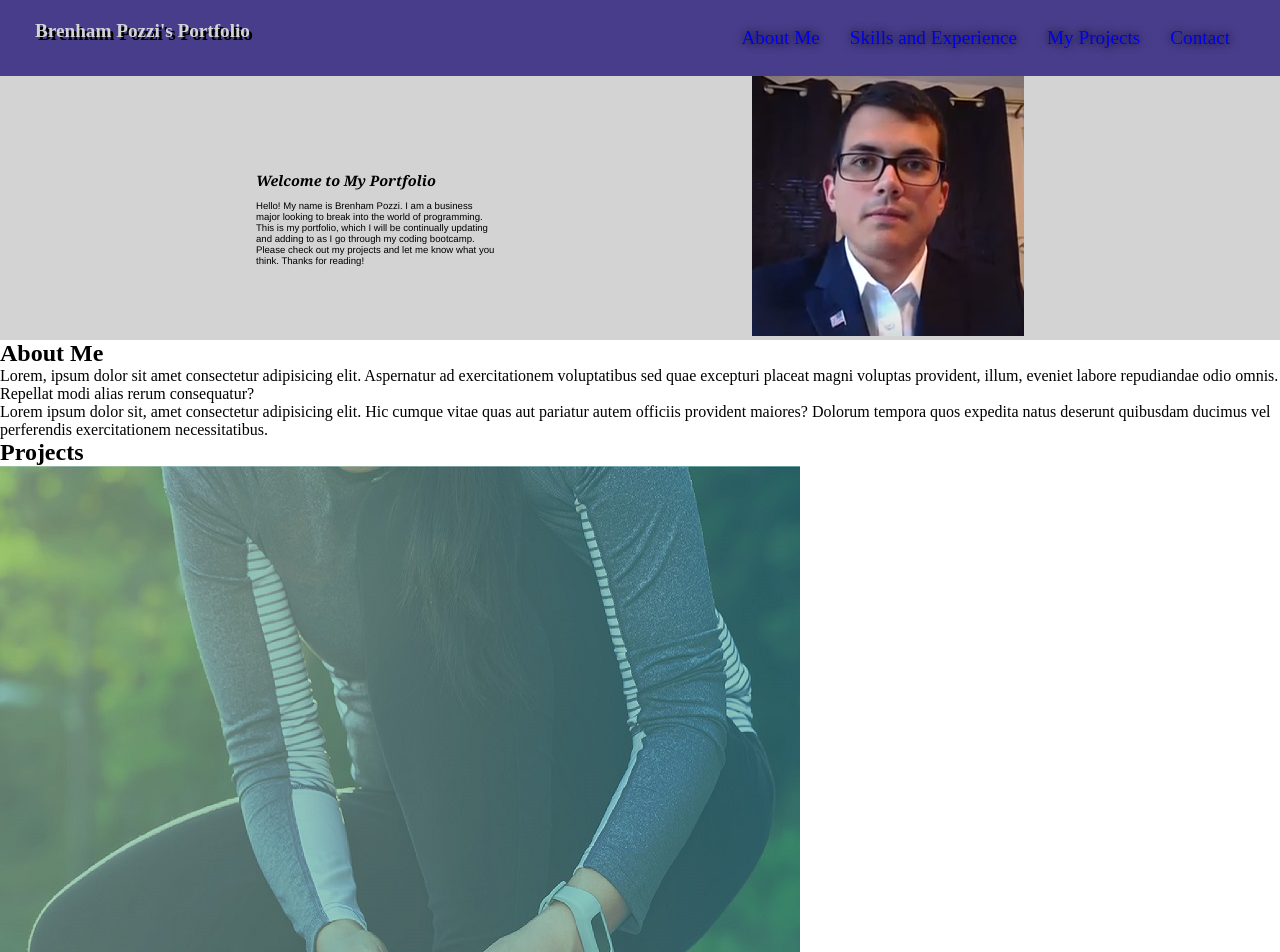
Repository: brenhamp/professional-portfolio
Page: index.html
An editor plug-in stored every save of this project. The page is shown before and after the next save, followed by the edit.
The browser window is 1280 px wide. The pictures show the part of the page from y = 0 to 952 px (the page is 2700 px tall).
A picture or video elsewhere on the page could not be fetched, so the positions and the page height are approximate.

Above is the page before, as saved 2021-11-14 19:50:45.

### index.html
<!DOCTYPE html>
<html lang="en">
  <head>
    <meta charset="UTF-8" />
    <meta name="viewport" content="width=device-width, initial-scale=1.0" />
    <link rel="stylesheet" href="./assets/css/styles.css">
    <title>Brenham Pozzi's Portfolio</title>
  </head>
  <body>
    <!-- navigation -->
    <header>
        <a id="top"></a>
      <h1>
        Brenham Pozzi's Portfolio
      </h1>
      <nav>
        <ul>
          <li>
            <a href="#about-me">About Me</a>
          </li>
          <li>
            <a href="#skills-and-experience">Skills and Experience</a>
          </li>
          <li>
            <a href="#my-projects">My Projects</a>
          </li>
          <li>
            <a href="#contact">Contact</a>
          </li>
        </ul>
      </nav>
    </header>
    <!-- end navigation -->

    <!-- hero/welcome -->
    <section class="hero">
      <div class="hero-text">
        <h2>Welcome to My Portfolio</h2>
        <p>
          Hello! My name is Brenham Pozzi. I am a business major looking to break into the world of programming. This is my portfolio, which I will be continually updating and adding to as I go through my coding bootcamp.
          Please check out my projects and let me know what you think. Thanks for reading!
        </p>
      </div>

      <div class="profile-image">
       <img src="./assets/images/profile-picture.PNG" alt="A picture of me in a business suit"/>
      </div>
    </section>
    <!-- end hero -->

    <!-- "About Me" section-->
    <section id="about-me" class="intro">
      <div class="flex-row">
        <h2 class="section-title primary-border">
          About Me
        </h2>
      </div>
      <div class="flex-row">
        <p>
          Lorem, ipsum dolor sit amet consectetur adipisicing elit. Aspernatur ad exercitationem voluptatibus sed quae excepturi placeat magni voluptas provident, illum, eveniet labore repudiandae odio omnis. Repellat modi alias rerum consequatur?
        </p>
      </div>
    </section>
    <!-- end "About Me" -->

    <!-- "Skills and Experience" section -->
    <section id="skills-and-experience" class="skills">
      <div>
          <p>
              Lorem ipsum dolor sit, amet consectetur adipisicing elit. Hic cumque vitae quas aut pariatur autem officiis provident maiores? Dolorum tempora quos expedita natus deserunt quibusdam ducimus vel perferendis exercitationem necessitatibus.
          </p>
      </div>
    </section>
    <!-- end "Skills and Experience" -->

    <!-- "Projects" section start -->
    <section id="projects">
      <div>
        <h2>
          Projects
        </h2>
      </div>

        <article>
          <img src="./assets/images/run-buddy.jpg" alt="Runner tying their shoe on a paved path" />
          <div>
            <h3><a href="http://brenhamp.github.io/run-buddy">Run Buddy</a></h3>
            <p>Lorem ipsum, dolor sit amet consectetur adipisicing elit. Sequi neque animi quo cupiditate commodi saepe culpa sed itaque velit maiores optio dolorem excepturi aperiam dolores, voluptatibus suscipit amet quis repellat!</p>
          </div>
        </article>

        <article>
          <img src="./assets/images/code-refactor.jpg" alt="Four people at a business meeting" />
          <div>
            <h3>
              <a href="http://brenhamp.github.io/code-refactor">Code Refactoring</a>
            </h3>
            <p>Lorem ipsum, dolor sit amet consectetur adipisicing elit. Sequi neque animi quo cupiditate commodi saepe culpa sed itaque velit maiores optio dolorem excepturi aperiam dolores, voluptatibus suscipit amet quis repellat!</p>
            </div>
          </article>

        <article>
          <img src="./assets/images/robot-gladiators.jpg" alt="Stock image of two robots sword-fighting" />
          <div>
            <h3>
              <a href="http://brenhamp.github.io/robot-gladiators">Robot Gladiators</a>
            </h3>
            <p>Lorem ipsum, dolor sit amet consectetur adipisicing elit. Sequi neque animi quo cupiditate commodi saepe culpa sed itaque velit maiores optio dolorem excepturi aperiam dolores, voluptatibus suscipit amet quis repellat!</p>
          </div>
        </article>

    </section>
    <!-- end "Projects" -->

    <!-- "Contact" section start -->

      <section id="contact" class="contact-section">
        <div>
          <h2>Contact Me</h2>
          <p>
            For questions, comments, or concerns, I can be reached at:
          </p>

          <address>
            4689 Giraffe Hill Drive <br/>
            Richardson, TX <br/>
            75081<br/>
            555-234-0315<br/>
            E: <a href="mailto:bpozzi@trinity.edu">bpozzi@trinity.edu</a>
          </address>
        </div>
    </section>
    <!-- end "Contact" -->

    <!-- footer -->
    <footer>
      <h2>Made by Brenham Pozzi, 2021.</h2>
      <div>
        <a href="#top">Return to Top</a><br/>
      </div>
    </footer>
    <!-- end footer -->
  </body>
</html>

### assets/css/styles.css
:root {
    --headline-font: Cambria, Cochin, Georgia, Times, 'Times New Roman', serif;
    --primary-font: 'Franklin Gothic Medium', 'Arial Narrow', Arial, sans-serif;
    --secondary-font: Helvetica, Arial, sans-serif;

    --primary-color: darkslateblue;
    --secondary-color: lightgrey;
}

* {
    box-sizing: border-box;
    margin: 0;
    padding: 0;
}

/* Header style start */
header {
    padding: 20px 35px;
    background-color: var(--primary-color);
    display: flex;
    justify-content: space-between;
    flex-wrap: wrap;
    position: -webkit-sticky;
    position: sticky;
    top: 0;
    color: var(--secondary-color);
    font: var(--primary-font);
    z-index: 9999;
  }

  header h1 {
    font-weight: bold;
    margin: 0;
    font-size: 1.5vw;
    color: var(--secondary-color);
    text-shadow: 0 0 10px rgba(0, 0, 0, 0.5);
    display: flex;
    flex: 1 1 200px;
    text-shadow: 3px 3px black;
  }

  header nav {
    margin: 7px 0;
  }

  header nav ul {
    display: flex;
    flex-wrap: wrap;
    justify-content: space-between;
    list-style: none;
    color: var(--secondary-color);
  }

  header nav ul li a {
    padding: 10px 15px;
    font-weight: lighter;
    font-size: 1.5vw;
    text-shadow: 0 0 10px black;
    text-decoration: none;
  }

  header nav ul li a:hover {
    background: var(--primary-color);
    color: var(--secondary-color);
    border-radius: 15px;
    text-shadow: none;
  }

  header nav ul li a:visited {
      color: var(--secondary-color);
  }
  /*Header style end*/

  /*Hero style start*/

.hero {
    display: flex;
    background-color: var(--secondary-color);
}
.hero-text {
    display: flex;
    flex: 1;
    flex-wrap: wrap;
    font-family: var(--secondary-font);
    text-align: left;
    font-size: .75vw;
    margin: auto 20% auto 20%;
}

.hero h2 {
    padding: 20px 0 10px 0;
    font-style: oblique;
    font-family: var(--headline-font);
}

.profile-image {
    display: block;
    margin-left: auto;
    margin-right: 20%;
}

.projects a {
    text-decoration: none;
}

After the next save:
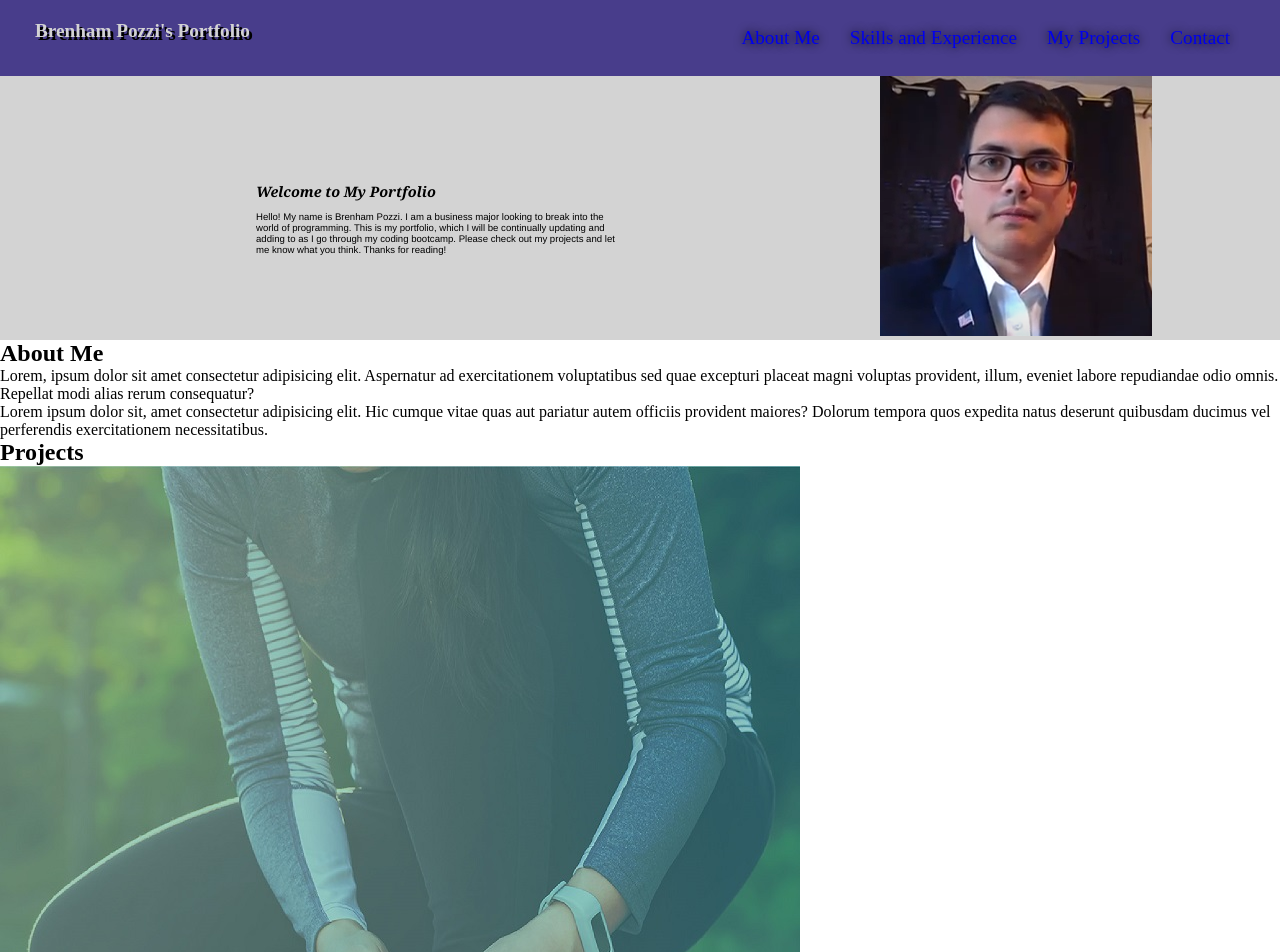
Saved 5 s later.
--- a/assets/css/styles.css
+++ b/assets/css/styles.css
@@ -96,7 +96,7 @@
 .profile-image {
     display: block;
     margin-left: auto;
-    margin-right: 20%;
+    margin-right: 10%;
 }
 
 .projects a {
